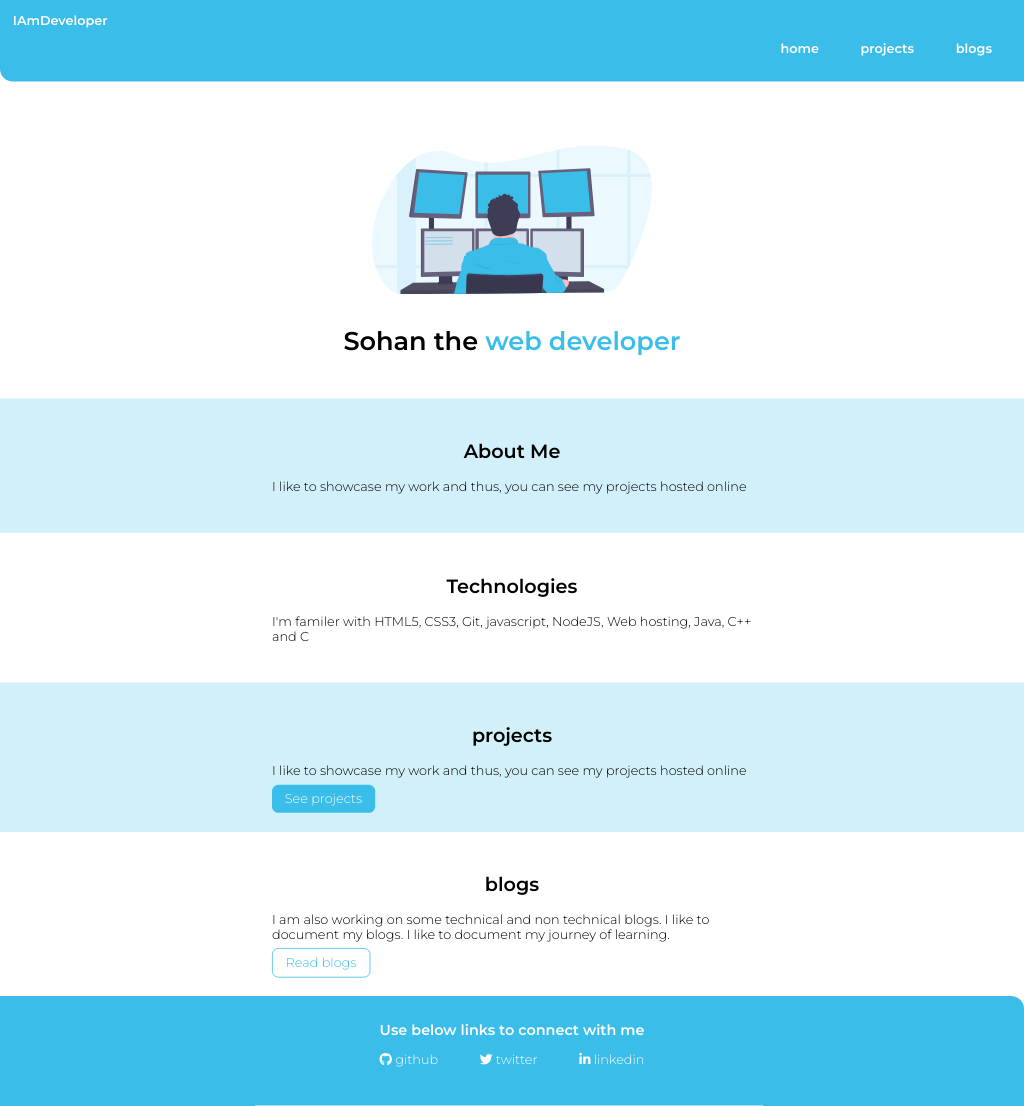
Repository: sohan2503001/Portfolio
Page: index.html
The author's editor kept a copy of each file at every save. The page is drawn from the files as they stood at one save, then again after a run of saves.
The browser window is 1280 px wide. The pictures show the whole page, at 80% of full size.

Above is the page before, as saved 2021-04-06 21:52:34.

After the next 2 saves:
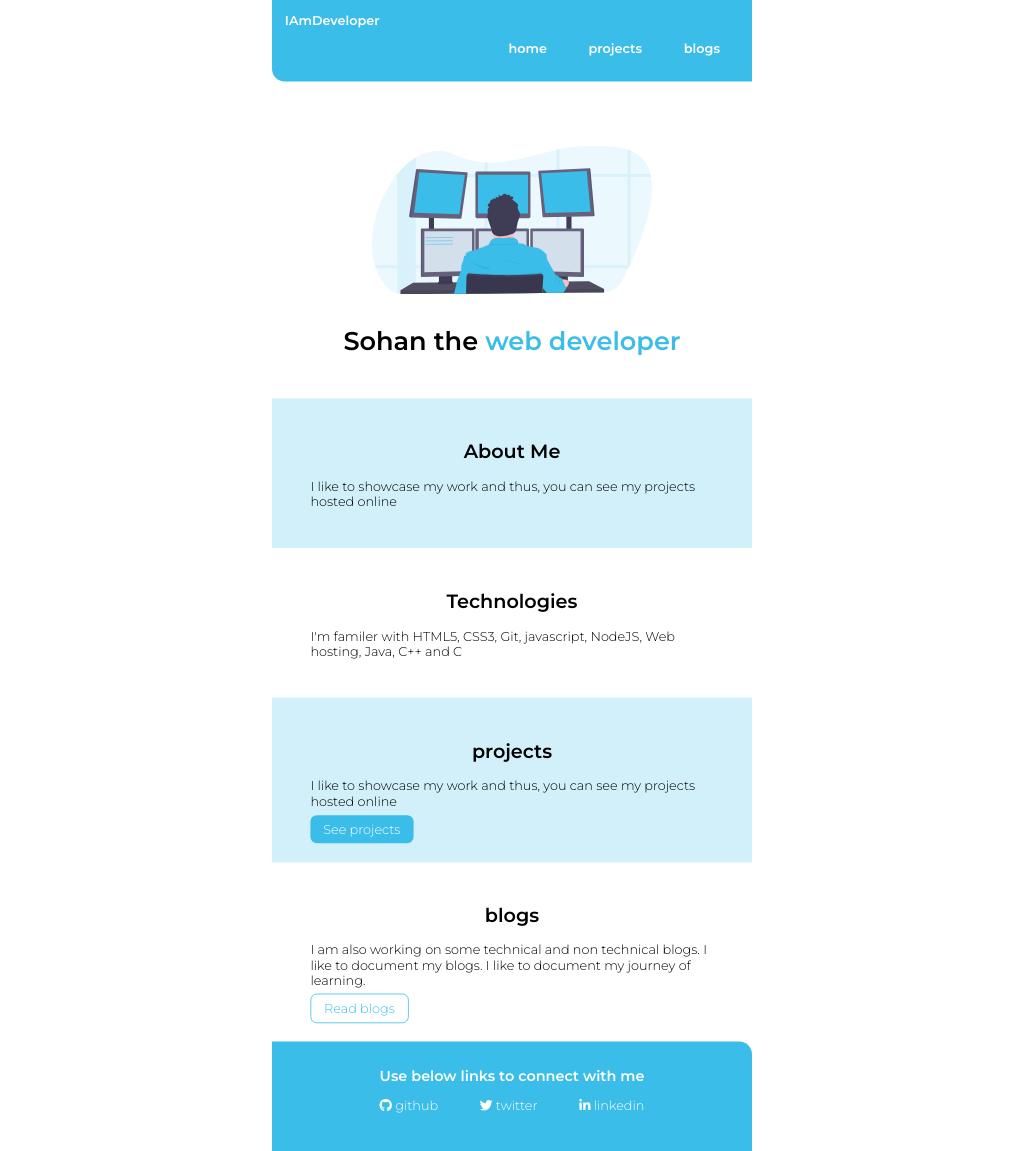
The 2 saves are shown as one change because they came seconds apart.
The last was saved 48 s later.
--- a/style.css
+++ b/style.css
@@ -9,8 +9,8 @@
 body {
     font-family: 'Montserrat', sans-serif;
     margin: auto;
-    /**max-width: 600px;
-    width: 100%; **/
+    max-width: 600px;
+    width: 100%;
 }
 
 hr{
